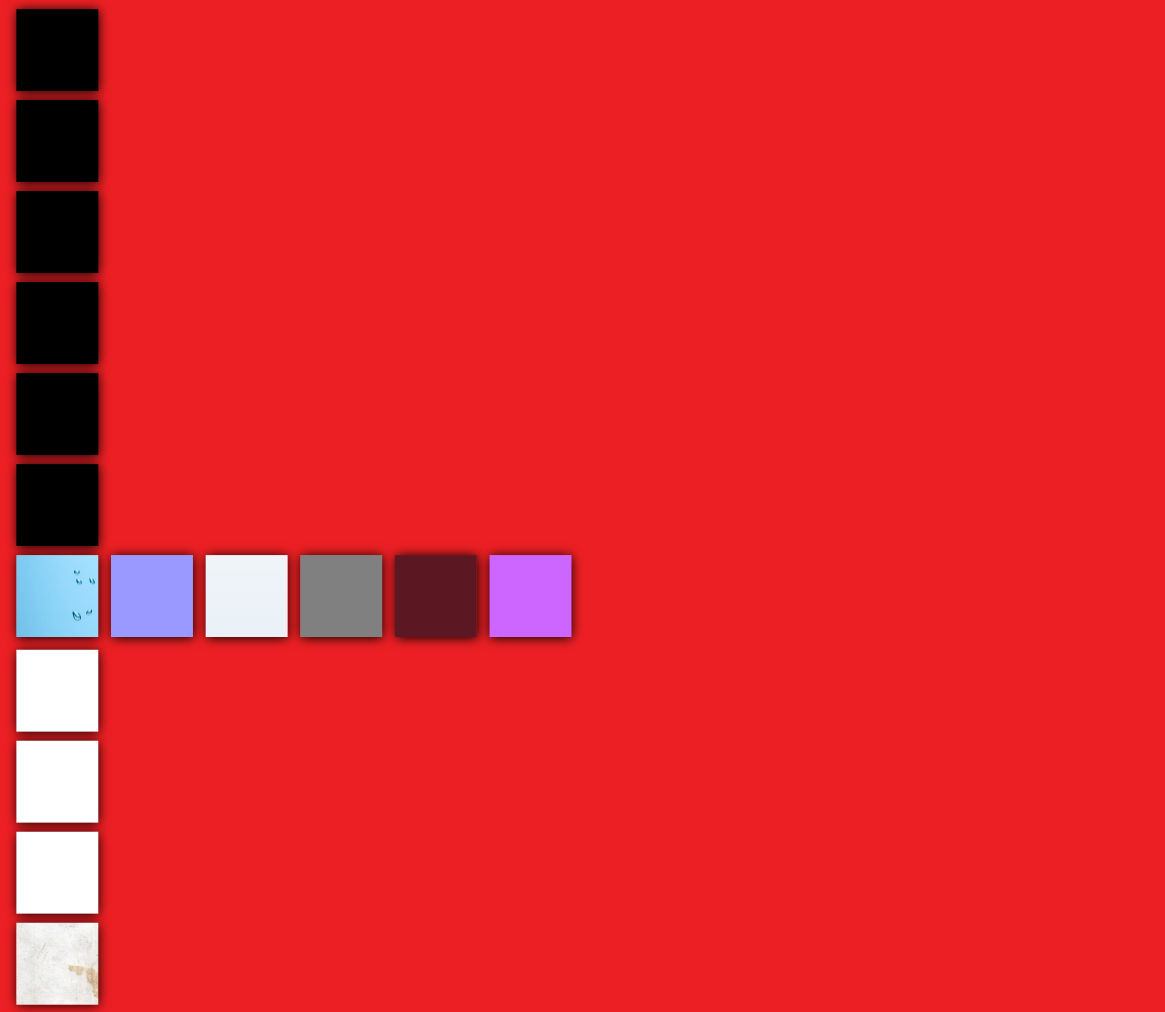
Repository: raghu225/raghu225.github.io
Page: archive/index.html
The author's editor kept a record of every edit. The page is drawn from the files as they stood at one moment, then again after the next edit.
The browser window is 1280 px wide. The pictures show the whole page, at 91% of full size.

Above is the page before.

After the next edit:
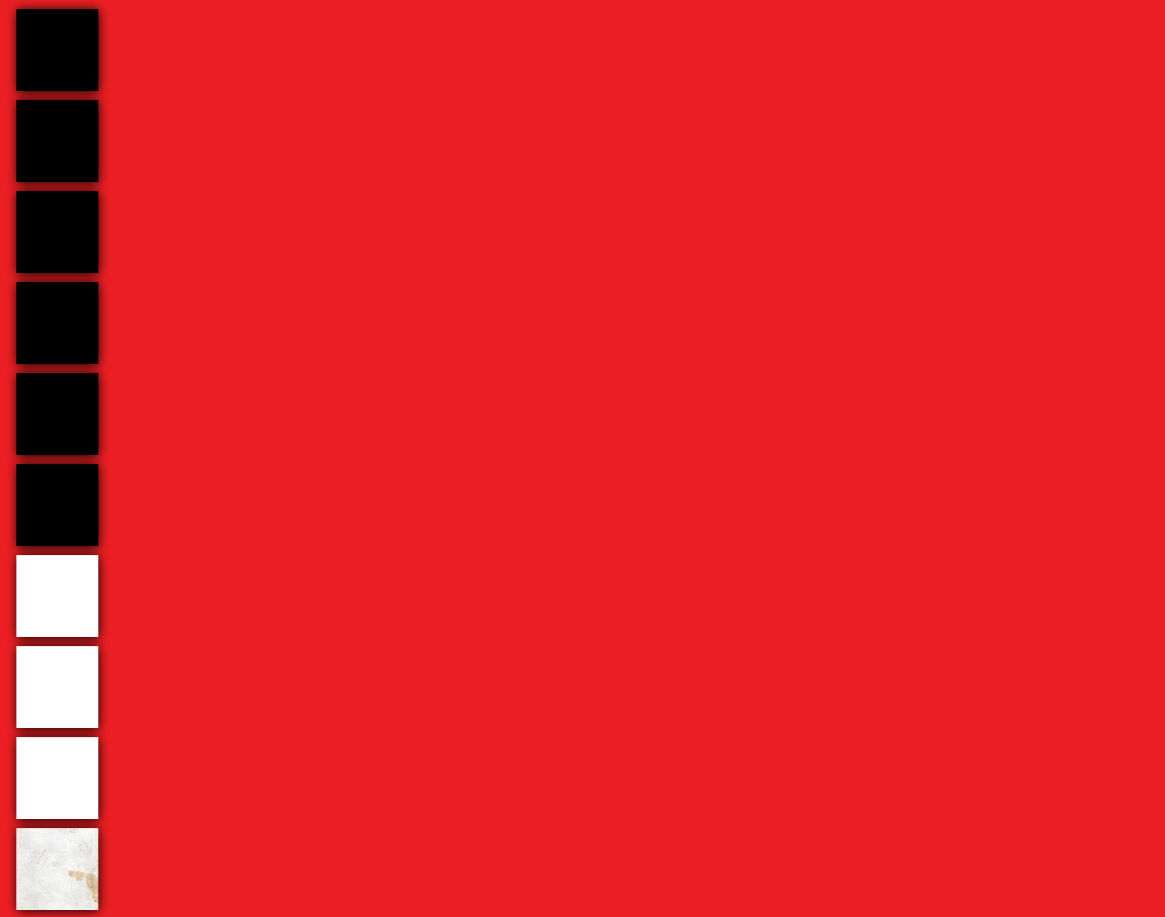
The edit:
--- a/archive/index.html
+++ b/archive/index.html
@@ -15,12 +15,7 @@
         <div class="black background"></div>
         <div class="black background"></div>
         <div class="black background"></div>
-        <img class="background" src="assets/images/bluepic.png"/>
-        <img class="background" src="assets/images/bluepurple.png"/>
-        <img class="background" src="assets/images/bluewhite.png"/>
-        <a href="lika.html"><img class="background" src="assets/images/grey.png"/></a>
-        <img class="background" src="assets/images/maroon.png"/>
-        <img class="background" src="assets/images/purple.png"/>
+
         <div class="white background"></div>
         <div class="white background"></div>
         <div class="white background"></div>
